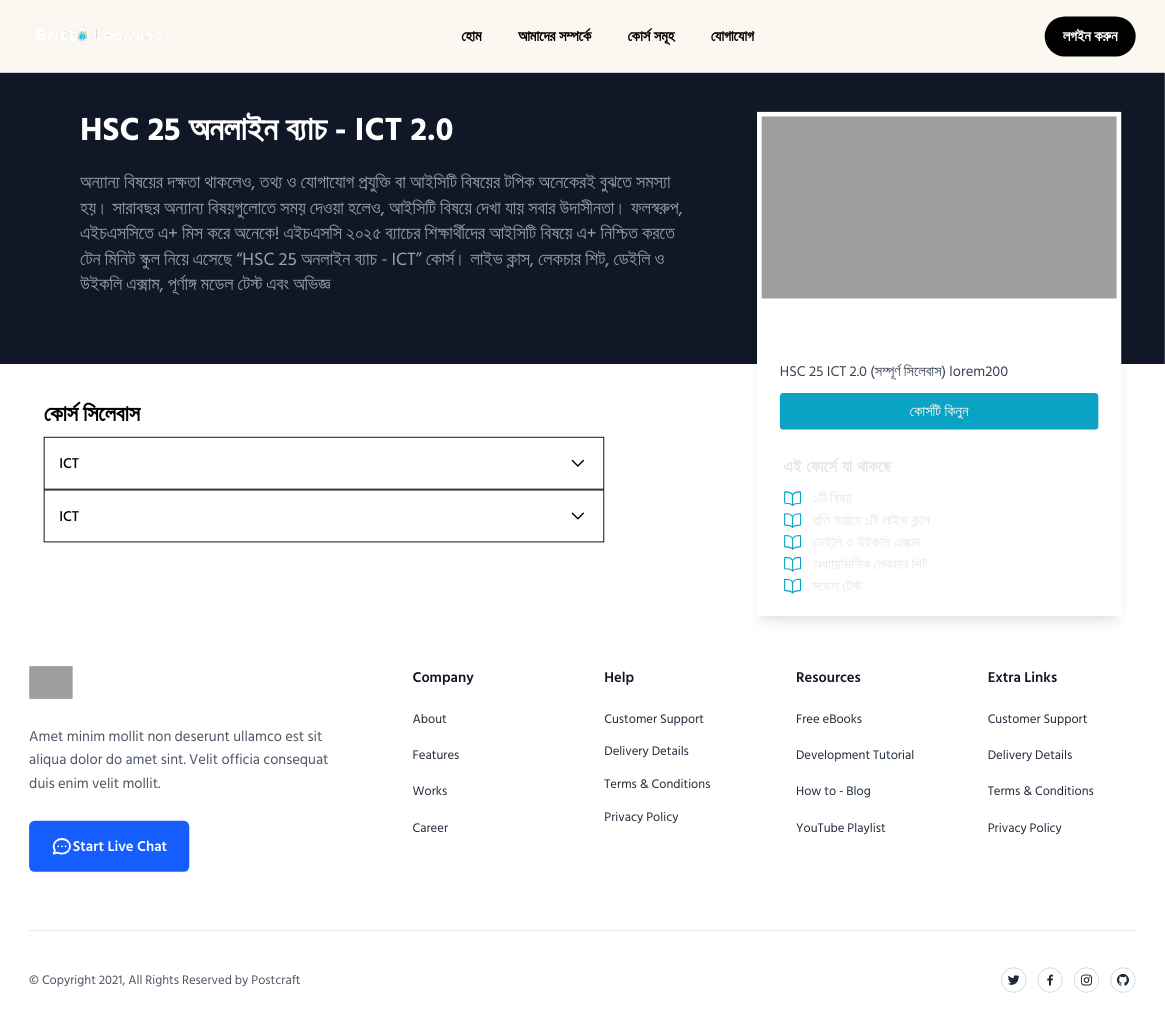
Repository: Ruddro420/course-selling
Page: /single-course
An editor plug-in stored every save of this project. The page is shown before and after the next save, followed by the edit.
The browser window is 1280 px wide. The pictures show the whole page, at 91% of full size.
Pictures or frames that could not be fetched are drawn as grey boxes. The project was rebuilt for these pictures with package versions that can differ from the ones it lists, and the page was loaded fresh each time. Also part of the build but not shown: vite.config.js, src/components/AboutSection.jsx, src/components/ContactSection.jsx, src/components/CourseSection.jsx, src/components/Hero.jsx, src/components/TeamSection.jsx, src/components/WhyUsSection.jsx, src/pages/Home.jsx and 2 more.

Above is the page before, as saved 2025-02-06 03:54:52.

After the next save:
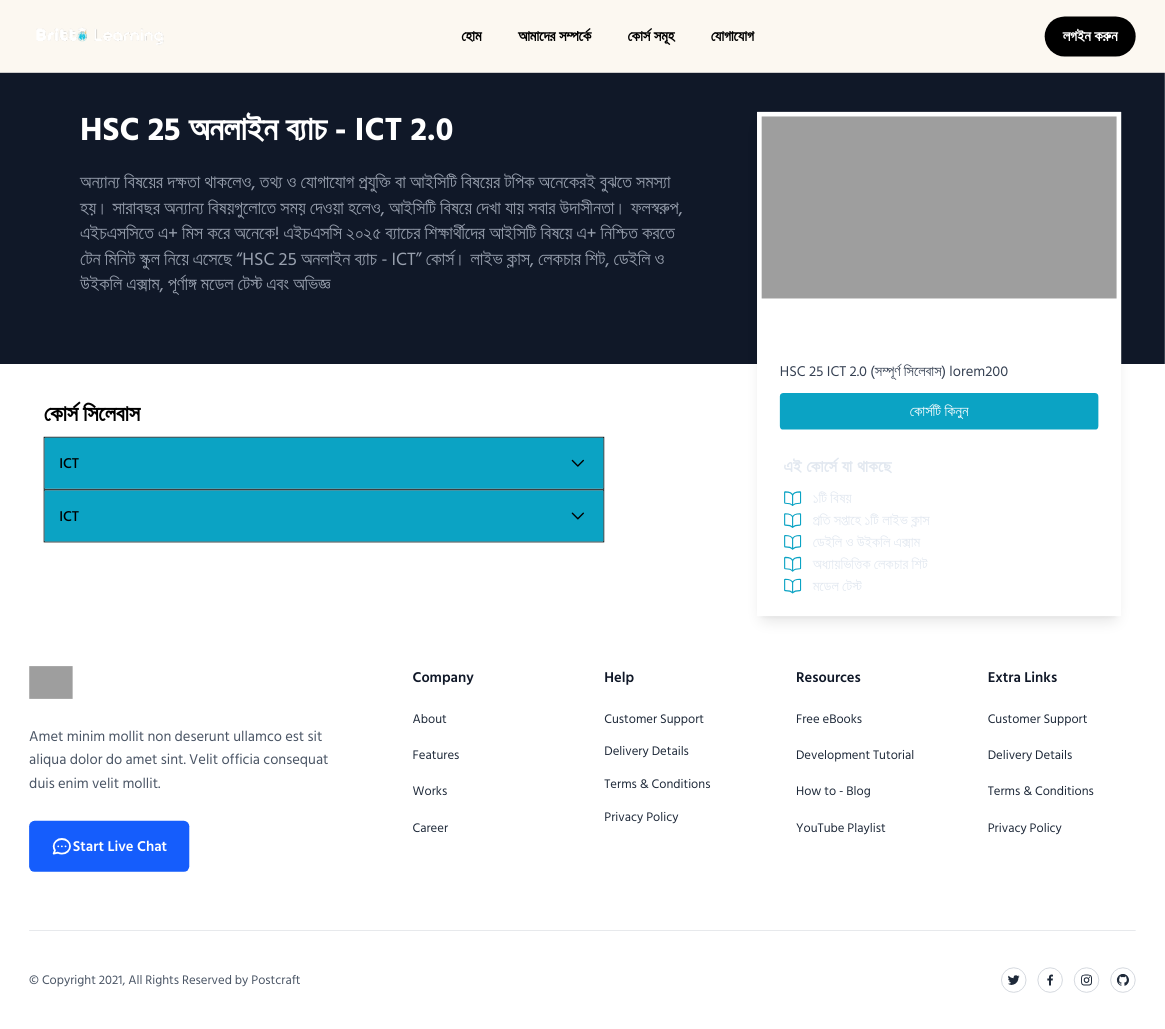
Saved 40 s later.
--- a/src/components/courseComponent/Dropdown.jsx
+++ b/src/components/courseComponent/Dropdown.jsx
@@ -7,7 +7,7 @@ const Dropdown = ({ heading, description }) => {
       <>
      <div className="p-0 border sylebus ">
           <details className="group">
-            <summary className="flex dark:bg-gray-200 dark:text-white p-4 cursor-pointer list-none items-center justify-between font-medium">
+            <summary className="flex bg-[#0BA3C4] dark:text-white p-4 cursor-pointer list-none items-center justify-between font-medium">
               <span>{heading}</span>
               <span className="transition group-open:rotate-180">
                 <svg
